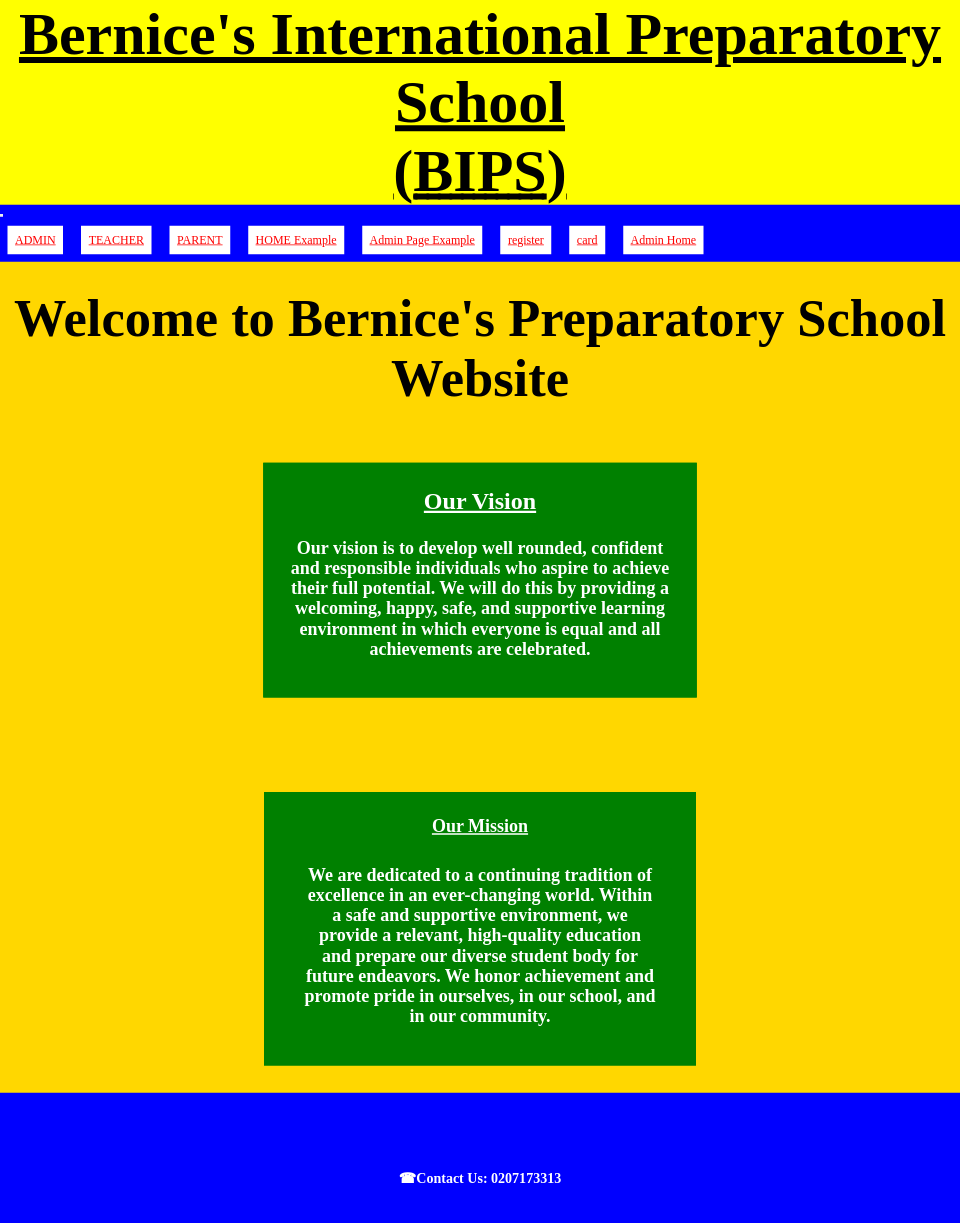
Repository: joseackah/eclipse-workspace
Page: http://localhost/com.school.mgt.system.Front.End/WEB-INF/views/index.jsp
These files come from the project's save history. The page is drawn as it stood at one moment and after the next save; the edit follows.
The browser window is 1280 px wide. The pictures show the whole page, at 75% of full size.
The page is served by Tomcat 9. Nobody is signed in. Other server files are loaded and not shown. The template is opened directly, without the code that normally fills it, so the values that code supplies are empty.

Above is the page before, as saved 2021-08-16 12:37:32.

### com.school.mgt.system.Front.End/src/main/webapp/WEB-INF/views/index.jsp
<%@ page language="java" contentType="text/html; charset=ISO-8859-1"
    pageEncoding="ISO-8859-1"%>
<!DOCTYPE html>
<html>
<head>
<style type="text/css">

a:link{
color: red;
}
a:visited{
color: green;
}
li:hover{
background-color: green;
transition: 5s;
color: red;
}
.card{
padding: 2em;
color: white;
animation: mymove 5s infinite;
position: relative;
}
@keyframes mymove{
from{background-color: green;
}
to{background-color: brown;
}
}
h3:before{
content: '\260E';}

.aside{
padding: 2em;
color: white;
position: relative;
animation-name: myaside;
animation: myaside 6s infinite;
}
@keyframes myaside{
from{background-color: green;}
to {background-color: rgb(145,74,152);}
}

.footer {
background-color: rgb(23, 24, 26);
height: 100px;
padding: 10px;
padding-top: 4em;
color: white;
align-content: center;


}
</style>

<link href="${pageContext.request.contextPath}/resources/index.css"
	rel="stylesheet">
<meta charset="ISO-8859-1">
<title>HOME</title>
</head>
<body class="body" style="background-color:gold;">
 <div id='firstHeader' class='firstHeader' name='firstHeader'>

        <h1 style="text-align:center; font-size: 80px;"><ins>Bernice's International Preparatory School <p>(<abbr title="Bernice's International Preparatory School">BIPS</abbr>)</p></ins></h1>
    </div>
    <nav>
    <button class="navbar-toggler" type="button" data-toggle="collapse" data-taget="#collapsibleNavbar"><span class="navbar-toggler-icon"></span>
    </button>
    <div class="collapse navbar-collapse" id="collapsibleNavbar">
        <ul>
            <li><a href="${pageContext.request.contextPath}/general/logIn">ADMIN</a></li>
            <li><a href="${pageContext.request.contextPath}/general/teacherLogin">TEACHER</a></li>
            <li><a href="${pageContext.request.contextPath}/general/parentLogin">PARENT</a></li>
            <li><a href="${pageContext.request.contextPath}/general/homeExample">HOME Example</a></li>
       		<li><a href="${pageContext.request.contextPath}/general/adminPageExample">Admin Page Example</a></li>
        <li><a href="${pageContext.request.contextPath}/general/image">register</a></li>
        <li><a href="${pageContext.request.contextPath}/general/card">card</a></li>
        <li><a href="${pageContext.request.contextPath}/general/adminHomePageExample2">Admin Home</a></li>
        </ul>
</div>
    </nav>

<br/>
<br />
<h1 style='text-align: center; font-size: 70px;'>Welcome to Bernice's Preparatory School Website</h1>
<br/> <br/>
 <p style="text-align:center"> <h2 style="text-align:center" >  </h2></p> <br /> <br />

 <div class="container" style="display:flex-center; width:100%; text-align:center;">
 <div class="card" style="display:;display:inline-block; width:40%; border: 1px solid green; background-color:red;">
  <div class="card-header" style="display:center;"> <h1 style="text-align:center;"> <ins> Our Vision</ins></h1>
  <div class="card-body"><p  style="padding: 5px; margin: 10px;"><h2> Our vision is to develop well rounded, confident and responsible individuals who aspire to achieve their full potential. We will do this by providing a welcoming, happy, safe, and supportive learning environment in which everyone is equal and all achievements are celebrated. </h2></p></div>  <br/>
</div>
</div><br /> <br /><br /> <br /><br /> <br /><br /> <br />
<div class="card" style="display:inline-block; width:40%; background-color:green;  height: 50%;" >
<div >

<div class="card-header"> <h2> <ins> Our Mission</ins></h2></header> <br/>
 <div class="card-body"><h2> <p style="padding: 10px; margin: 10px;"> We are dedicated to a continuing tradition of excellence in an ever-changing world. Within a safe and supportive environment, we provide a relevant, high-quality education and prepare our diverse student body for future endeavors. We honor achievement and promote pride in ourselves, in our school, and in our community. </p></h2></div>
</div>
</div>
</div>
<br /> <br/> <br/>

<footer class="footer"  >
<h3 style="text-align: center;">Contact Us: 0207173313</h3>

</footer>


</body>
</html>

### com.school.mgt.system.Front.End/src/main/webapp/resources/index.css
* {
    padding: 0px;
    margin: 0px;
}

.body{

	background-color:brown;
}

nav {
    /*display: flex;*/
    /*display: inline-block;*/
    align-items: center;
    align-content: center;
    width: 100%;
    border: 4px;
    background-color: blue;
}

nav li {
    display: inline-block;
    padding: 10px;
    margin: 10px;
    background-color: white;
    /*align-content: center;*/
    text-align: center;
}

#searchForm {
    float: right;
    height: 50px;
    width: 20%;
}

#input {
    align-content: flex-end;
    float: right;
    height: 40px;
    width: 70%;
    padding: 10px;
    padding-top: 30px;
    padding-bottom: 16px;
    margin: 5px;
}

#navsub {
    float: right;
    margin-top: 10px;
    margin-right: 5px;
    margin-left: 0px;
    padding: 10px;
}

#firstHeader {
    /*display: flex;*/
    /*float: left;*/
    background-color: yellow;
    height: 500%;
}








#his {
    /*display: flex;*/
    text-align: center;
    padding-top: 20px;
}

#p1 {
    padding: 20px;
    margin: 5px;
}

#brief {
    /*display: ;*/
    float: right;
    width: 50%;
    border: 2px;
    padding: 3px;
    padding-left: 3px;
    text-align: center;
    margin: 5px solid black;
    height: 99%;
    background-color: greenyellow;
    /*clear: both;*/
}

#table1 {
    text-align: left;
    align-content: left;
    padding-left: 10px;
    margin: 55px;
}





.footer {
	background-color: blue;

}

.collapsible {
    background-color: rgb(145, 125, 157);
    color: rgb(201, 181, 152);
    cursor: pointer;
    padding: 2px;
    width: 100%;
    border: none;
    text-align: center;
    outline: none;
    font-size: 12px;
}

.active,
.collapsible:hover {
    background-color: rgb(47, 47, 167);
}

.content {
    padding: 18px;
    display: none;
    overflow: hidden;
    background-color: whitesmoke;
}
.aside, .article{
	padding: 10px;
}

.article:hover{
	background-color: blue;
	color: white;
}

.td{
	padding: .5em 2em;
	border-radius: 5em;
}
nav li:hover{
	background-color:red;

}

After the next save:
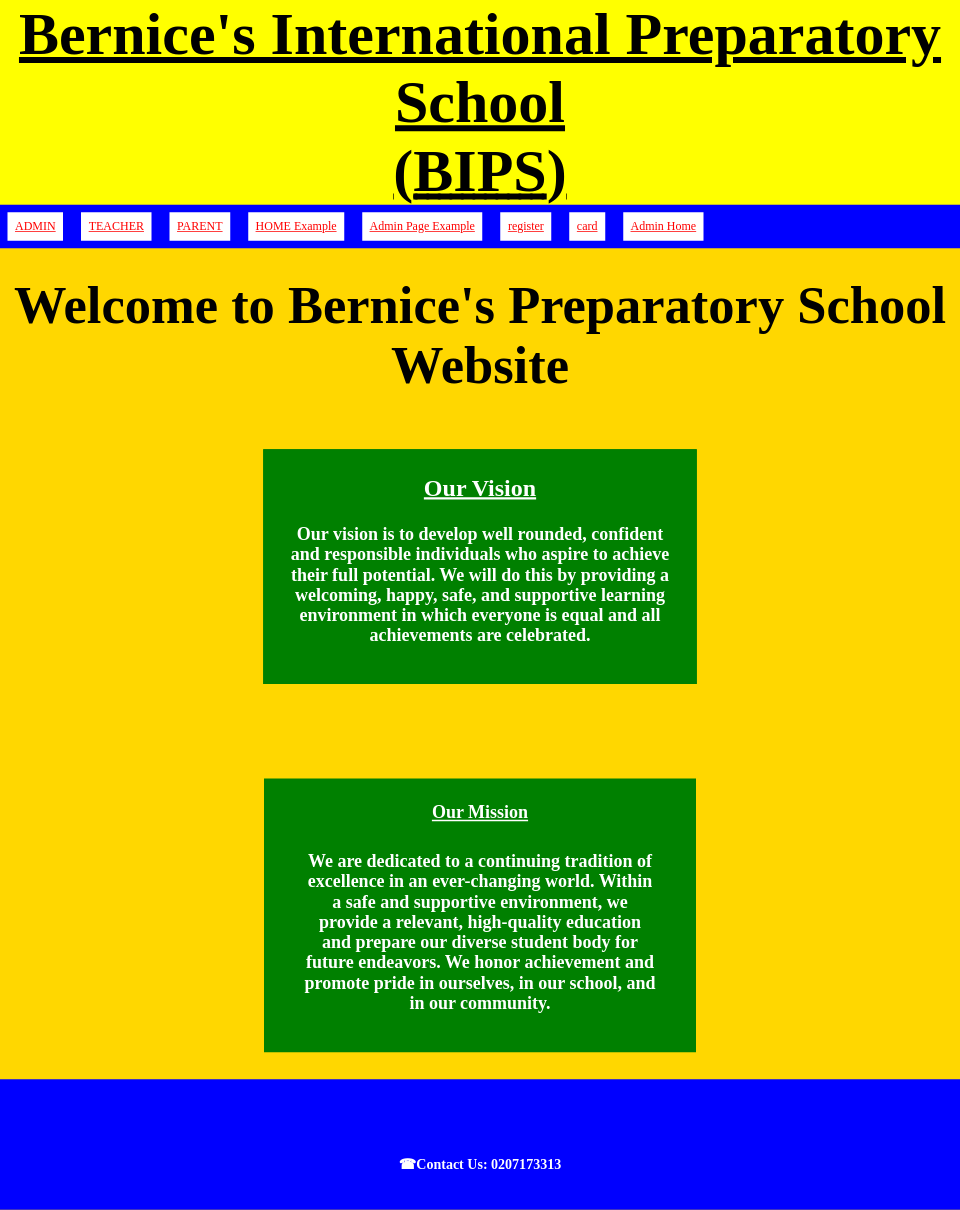
Saved 107 s later.
--- a/com.school.mgt.system.Front.End/src/main/webapp/WEB-INF/views/index.jsp
+++ b/com.school.mgt.system.Front.End/src/main/webapp/WEB-INF/views/index.jsp
@@ -65,7 +65,7 @@
 
         <h1 style="text-align:center; font-size: 80px;"><ins>Bernice's International Preparatory School <p>(<abbr title="Bernice's International Preparatory School">BIPS</abbr>)</p></ins></h1>
     </div>
-    <nav>
+    <nav class="navbar navbar-expand-md >
     <button class="navbar-toggler" type="button" data-toggle="collapse" data-taget="#collapsibleNavbar"><span class="navbar-toggler-icon"></span>
     </button>
     <div class="collapse navbar-collapse" id="collapsibleNavbar">

After the save that followed:
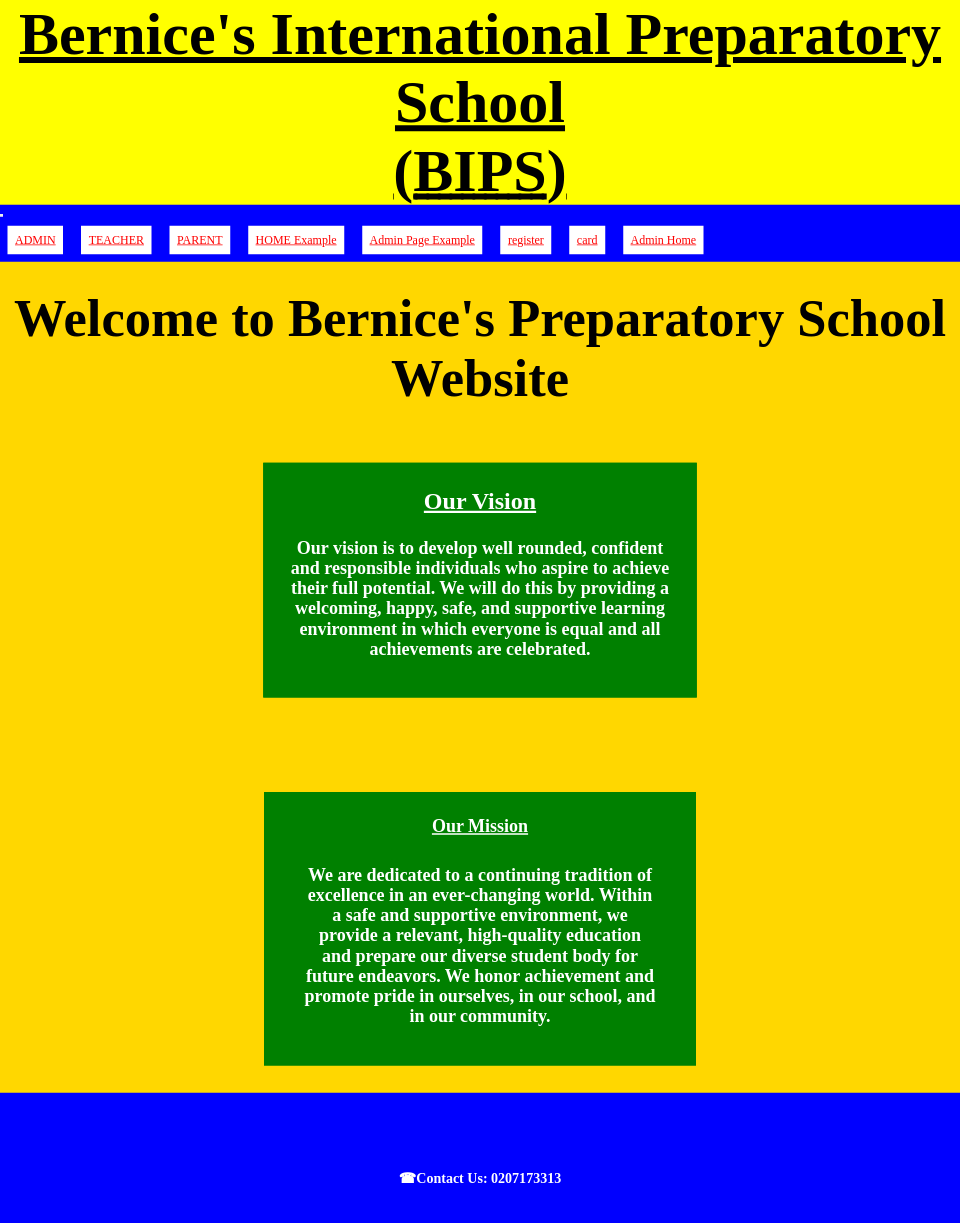
Saved 11 s later.
--- a/com.school.mgt.system.Front.End/src/main/webapp/WEB-INF/views/index.jsp
+++ b/com.school.mgt.system.Front.End/src/main/webapp/WEB-INF/views/index.jsp
@@ -65,7 +65,7 @@
 
         <h1 style="text-align:center; font-size: 80px;"><ins>Bernice's International Preparatory School <p>(<abbr title="Bernice's International Preparatory School">BIPS</abbr>)</p></ins></h1>
     </div>
-    <nav class="navbar navbar-expand-md >
+    <nav class="navbar navbar-expand-md" >
     <button class="navbar-toggler" type="button" data-toggle="collapse" data-taget="#collapsibleNavbar"><span class="navbar-toggler-icon"></span>
     </button>
     <div class="collapse navbar-collapse" id="collapsibleNavbar">
